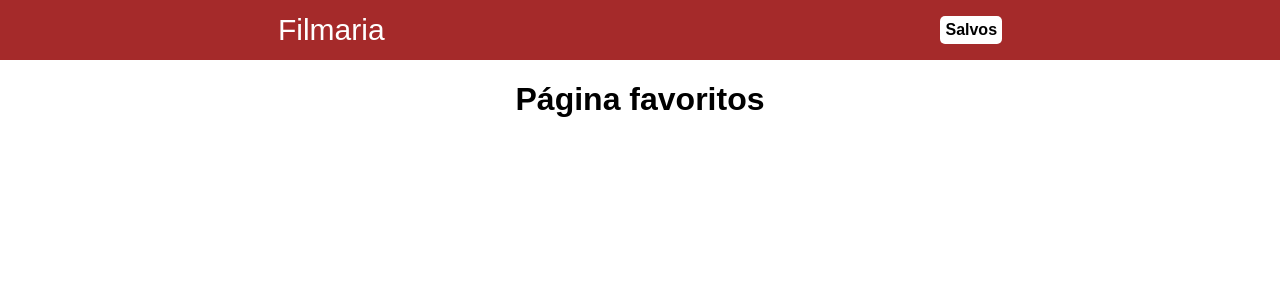
Repository: joaoaspimienta/Projeto-Filmaria
Page: /favoritos
These files come from the project's save history. The page is drawn as it stood at one moment and after a run of saves; the edit follows.
The browser window is 1280 px wide. The pictures show the whole page.
The project was rebuilt for these pictures with package versions that can differ from the ones it lists, and the page was loaded fresh each time. Also part of the build but not shown: src/pages/Home/home.css, src/services/api.js, src/pages/Home/index.js, src/pages/Filme/filme-info.css, src/pages/Filme/index.js.

Above is the page before, as saved 2022-04-15 18:35:35.

After the next 2 saves:
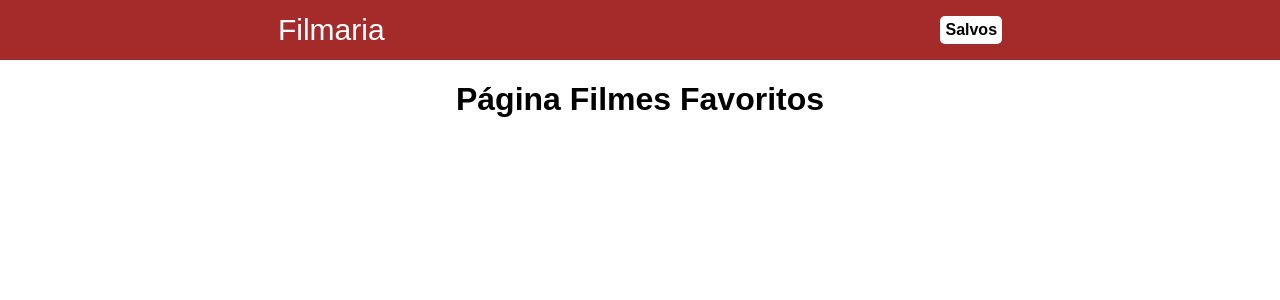
The 2 saves are shown as one change because they came seconds apart.
The last was saved 25 s later.
--- a/src/pages/favoritos/index.js
+++ b/src/pages/favoritos/index.js
@@ -1,7 +1,7 @@
 export default function Favoritos(){
   return(
     <div>
-      <h1>Página favoritos</h1>
+      <h1>Página Filmes Favoritos</h1>
     </div>
   )
 }
